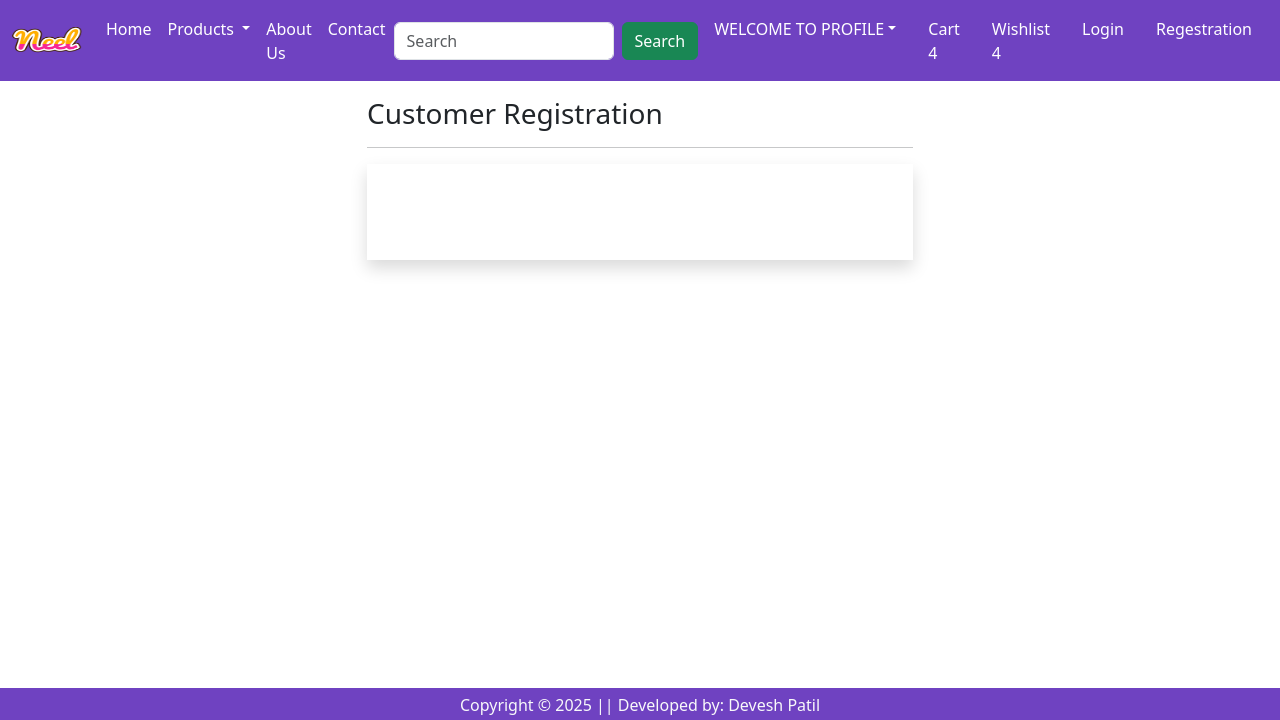
Repository: DeveshPatill/mydjango
Page: http://localhost/registration/
These files come from the project's save history. The page is drawn as it stood at one moment and after the next save; the edit follows.
The browser window is 1280 px wide. The pictures show the whole page.
The page is served by the project's application, run on Django 5.2 (ec/manage.py). Other server files are loaded and not shown.

Above is the page before, as saved 2025-03-23 22:42:59.

### ec/app/templates/app/customerregistration.html
{% extends 'app/base.html' %}
{% load static %}
{% block title %}Customer Registration{% endblock title %}



{% block main-content %}
<div class="container">
    <div class="row my-3">
        <div class="col-sm-6 offset-sm-3">
            <h3>Customer Registration</h3>
            <hr>
            <form action="" method="post" novalidate class="shadow p-5">{% csrf_token %}

            </form>
        </div>
    </div>
</div>

{% endblock main-content %}

### ec/app/templates/app/base.html
<!DOCTYPE html>
{% load static %}
<html lang="en">
<head>
    <meta charset="UTF-8">
    <meta http-equiv="X-UA-Compatible" content="IE=edge">
    <meta name="viewport" content="width=device-width, initial-scale=1.0">

    <link href="https://cdn.jsdelivr.net/npm/bootstrap@5.3.3/dist/css/bootstrap.min.css" rel="stylesheet" integrity="sha384-QWTKZyjpPEjISv5WaRU9OFeRpok6YctnYmDr5pNlyT2bRjXh0JMhjY6hW+ALEwIH" crossorigin="anonymous">

    <link rel="stylesheet" href="{% static 'app/css/owl.carousel.min.css' %}" />
    <link rel="stylesheet" href="{% static 'app/css/all.min.css' %}" />
    <link rel="stylesheet" href="{% static 'app/css/style.css' %}" />

    <title> Dairy Products | {% block title %} {% endblock title %} </title>
</head>
<body>
    <nav class="navbar navbar-expand-lg navbar-dark" style="background-color: #6f42c1;">
        <div class="container-fluid">
          <a class="navbar-brand" href="/">
            <img src="{% static 'app/images/product/Neel.png' %}" width="70px" height="55px" />
          </a>
          <button class="navbar-toggler" type="button" data-bs-toggle="collapse" data-bs-target="#navbarSupportedContent" aria-controls="navbarSupportedContent" aria-expanded="false" aria-label="Toggle navigation">
            <span class="navbar-toggler-icon"></span>
          </button>
          <div class="collapse navbar-collapse" id="navbarSupportedContent">
            <ul class="navbar-nav me-auto mb-2 mb-lg-0">
              <li class="nav-item">
                <a class="nav-link active" aria-current="page" href="/">Home</a>
              </li>
              <li class="nav-item dropdown">
                <a class="nav-link dropdown-toggle text-white" href="#" role="button" data-bs-toggle="dropdown" aria-expanded="false">
                  Products
                </a>
                <ul class="dropdown-menu">
                  <li><a class="dropdown-item" href="{% url 'category' 'ML' %}">Milk</a></li>
                  <li><a class="dropdown-item" href="{% url 'category' 'CR' %}">Curd</a></li>
                  <li><a class="dropdown-item" href="{% url 'category' 'MS' %}">MilkShake</a></li>
                  <li><a class="dropdown-item" href="{% url 'category' 'LS' %}">Lassi</a></li>
                  <li><a class="dropdown-item" href="{% url 'category' 'GH' %}">Ghee</a></li>
                  <li><a class="dropdown-item" href="{% url 'category' 'PN' %}">Paneer</a></li>
                  <li><a class="dropdown-item" href="{% url 'category' 'CZ' %}">Cheese</a></li>
                  <li><a class="dropdown-item" href="{% url 'category' 'IC' %}">Ice-Cream</a></li>

                </ul>
              </li>
              <li class="nav-item">
                <a class="nav-link text-white" href="{% url 'about'  %}">About Us</a>
              </li>
              <li class="nav-item">
                <a class="nav-link text-white" href="{% url 'contact'  %}">Contact</a>
              </li>

            </ul>
            <form class="d-flex" role="search">
              <input class="form-control me-2" type="search" placeholder="Search" aria-label="Search">
              <button class="btn btn-success" type="submit">Search</button>
            </form>
          </div>
          <ul class="navbar-nav me-auto mb-2 mb-lg-0">
            <li class="nav-item dropdown mx-2">
                <a class="nav-link dropdown-toggle text-white" href="#" id="profileDropdown" role="button" data-bs-toggle="dropdown" aria-expanded="false">WELCOME TO PROFILE</a>
                <ul class="dropdown-menu" aria-labelledby="profileDropdown">
                    <li><a class="dropdown-item" href="#">Profile</a></li>
                    <li><a class="dropdown-item" href="#">Orders</a></li>
                    <li><a class="dropdown-item" href="#">Change Password</a></li>
                    <li><a class="dropdown-item" href="#">Logout</a></li>
                </ul>
            </li>
            <li class="nav-item mx-2">
                <a href="#" class="nav-link text-white">Cart 4</a>
            </li>
            <li class="nav-item mx-2">
                <a href="#" class="nav-link text-white">Wishlist 4</a>
            </li>
            <li class="nav-item mx-2">
                <a href="#" class="nav-link text-white">Login</a>
            </li>
            <li class="nav-item mx-2">
                <a href="{% url 'customerregistration' %}" class="nav-link text-white">Regestration</a>
            </li>

          </ul>
        </div>
      </nav>
      {% block banner-slider %}{% endblock banner-slider %}

      {% block information %}{% endblock information %}

      {% block main-content %}{% endblock main-content %}

    <footer class="text-center text-light py-3 fixed-bottom" style="background-color: #6f42c1; height: 5px; line-height: 2px;">
        Copyright © 2025 || Developed by: Devesh Patil
    </footer>






    <script src="https://cdn.jsdelivr.net/npm/@popperjs/core@2.11.8/dist/umd/popper.min.js" integrity="sha384-I7E8VVD/ismYTF4hNIPjVp/Zjvgyol6VFvRkX/vR+Vc4jQkC+hVqc2pM8ODewa9r" crossorigin="anonymous"></script>
    <script src="https://cdn.jsdelivr.net/npm/bootstrap@5.3.3/dist/js/bootstrap.min.js" integrity="sha384-0pUGZvbkm6XF6gxjEnlmuGrJXVbNuzT9qBBavbLwCsOGabYfZo0T0to5eqruptLy" crossorigin="anonymous"></script>

    <script src=https://cdnjs.cloudflare.com/ajax/libs/jquery/3.7.1/jquery.min.js></script>


    <script script="{% static 'app/js/owl.carousel.min.js' %}"></script>
    <script script="{% static 'app/js/all.min.js' %}"></script>
    <script script="{% static 'app/js/myscript.js' %}"></script>

</body>
</html>

### ec/app/forms.py
from django import forms
from django.contrib.auth.forms import UserCreationForm


class CustomerRegistrationForm(UserCreationForm):
    username=forms.CharField(widget=forms.TextInput(attrs={'autofocus':True,'class':"form-control"}))
    email=forms.CharField(widget=forms.EmailInput(attrs={'class':'form-control'}))
    password1=forms.CharField(label='Password',widget=forms.PasswordInput(attrs={'class':'form-control'}))
    password2=forms.CharField(label='Confirm Password',widget=forms.PasswordInput(attrs={'class':'form-control'}))

### ec/app/views.py
from django.shortcuts import render
from django.http import HttpResponse
from django.views import View
from urllib import request
from . models import Product
from django.db.models import Count
from . forms import CustomerRegistrationForm

# Create your views here.
def home(request):
    return render(request,"app/home.html")

def about(request):
    return render(request,"app/about.html")

def contact(request):
    return render(request,"app/contact.html")


class CategoryView(View):
    def get(self,request,val):
        product = Product.objects.filter(category=val)
        title=Product.objects.filter(category=val).values('title')
        return render(request,"app/category.html",locals())

class CategoryTitle(View):
    def get(self,request,val):
        product = Product.objects.filter(title=val)
        title = Product.objects.filter(category=product[0].category).values('title')
        return render(request,"app/category.html",locals())


class ProductDetail(View):
    def get(self,request,pk):
        product = Product.objects.get(pk=pk)
        return render(request,"app/productdetail.html",locals())


class CustomerRegistrationView(View):
    def get(self,request):
        form = CustomerRegistrationForm()
        return render(request,'app/customerregistration.html',locals())

### ec/ec/urls.py
"""
URL configuration for ec project.

The `urlpatterns` list routes URLs to views. For more information please see:
    https://docs.djangoproject.com/en/5.1/topics/http/urls/
Examples:
Function views
    1. Add an import:  from my_app import views
    2. Add a URL to urlpatterns:  path('', views.home, name='home')
Class-based views
    1. Add an import:  from other_app.views import Home
    2. Add a URL to urlpatterns:  path('', Home.as_view(), name='home')
Including another URLconf
    1. Import the include() function: from django.urls import include, path
    2. Add a URL to urlpatterns:  path('blog/', include('blog.urls'))
"""

from django.contrib import admin
from django.urls import path,include

urlpatterns = [
    path("admin/", admin.site.urls),
    path("", include("app.urls")),

]

### ec/app/urls.py
from django.urls import path
from .import views
from django.conf import settings
from django.conf.urls.static import static

urlpatterns = [
    path("",views.home),
    path("about/",views.about,name="about"),
    path("contact/",views.contact,name="contact"),
    path("category/<slug:val>",views.CategoryView.as_view(),name="category"),
    path("category-title/<val>",views.CategoryTitle.as_view(),name='category-title'),
    path("product-detail/<int:pk>",views.ProductDetail.as_view(),name="product-detail"),

    #login authentication
    path('registration/',views.CustomerRegistrationView.as_view(),name='customerregistration')
]+static(settings.MEDIA_URL,document_root=settings.MEDIA_ROOT)

### ec/app/static/app/css/style.css
.owl-carousel .item{
 /* border: 1px solid black; */
 font-size: 24px;
 text-align: center;
 margin-top: 20px;
 transition: transform .5s ease;
}

 .owl-carousel .item:hover{
    /* border: 1px solid black; */
    transform : scale(1.1);
}

/* .owl-carousel img{
    transition: transform .5s ease;
  }
 .owl-carousel img:hover{

    transform : scale(1.25);
} */

.owl-next{
 float:right;
}
.owl-prev{
 float:left;
}
.owl-prev span{
 font-size: 24px;
 font-weight: bold;
}
.owl-next span{
 font-size: 24px;
 font-weight: bold;
}




.buttermilk{
    background-color:#fff;background-image:linear-gradient(#fff7ef, #fff);
    background-image:-webkit-linear-gradient(#fff7ef, #fff);
    background-image:-moz-linear-gradient(#fff7ef, #fff);
    background-image:-ms-linear-gradient(#fff7ef, #fff);
    background-image:-o-linear-gradient(#fff7ef, #fff);
    padding:50px 40px;
    border:1px solid #efe8e1;
    padding-bottom:20px;
}

.smbg{
    background-color:#fff;
    background-image:linear-gradient(rgba(110, 69, 143, 0.1), #fff);
    background-image:-webkit-linear-gradient(rgba(110, 69, 143, 0.1), #fff);
    background-image:-moz-linear-gradient(rgba(110, 69, 143, 0.1), #fff);
    background-image:-ms-linear-gradient(rgba(110, 69, 143, 0.1), #fff);
    background-image:-o-linear-gradient(rgba(110, 69, 143, 0.1), #fff);
}

.curdbgpro{
    background-color:#fff;
    background-image:linear-gradient(rgba(10, 77, 123, 0.1), #fff);
    background-image:-webkit-linear-gradient(rgba(10, 77, 123, 0.1), #fff);
    background-image:-moz-linear-gradient(rgba(10, 77, 123, 0.1), #fff);
    background-image:-ms-linear-gradient(rgba(10, 77, 123, 0.1), #fff);
    background-image:-o-linear-gradient(rgba(10, 77, 123, 0.1), #fff);
}

.goodnessseccont img{
    width:100%;
}

.mlkpro{
    color:#636362;
    font-size:22px;
    line-height:22px;
    margin-bottom:15px;
    width:43%;
    margin:0 auto;
    text-align:center;

}

.goodnesssec a{
    text-decoration: none;
}


/*
body {
    padding-bottom: 80px; /* Adjust this value based on footer height
}*/

Loaded but not shown: ec/app/static/app/css/owl.carousel.min.css (library); ec/app/static/app/css/all.min.css (library)

After the next save:
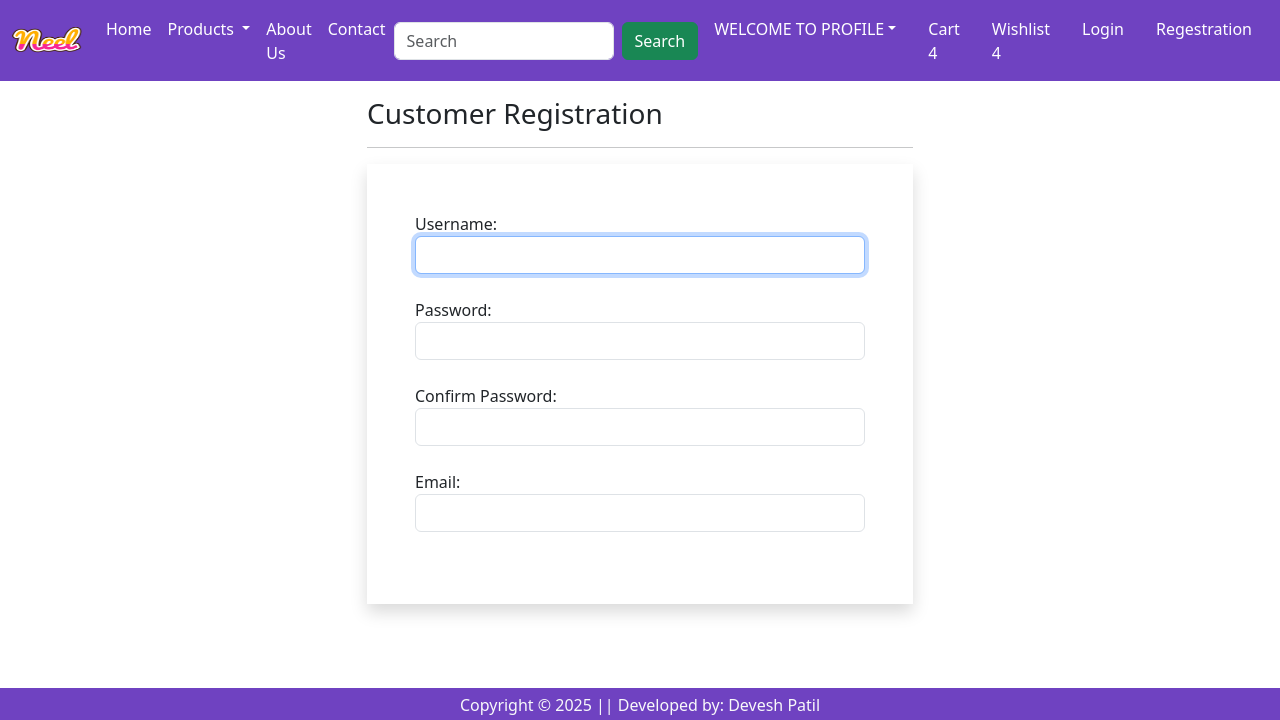
Saved 2 min 7 s later.
--- a/ec/app/templates/app/customerregistration.html
+++ b/ec/app/templates/app/customerregistration.html
@@ -11,6 +11,9 @@
             <h3>Customer Registration</h3>
             <hr>
             <form action="" method="post" novalidate class="shadow p-5">{% csrf_token %}
+               {% for fm in form %}
+               {{fm.label_tag}} {{fm}} <small class="text-danger">{{fm.erros | striptags}}</small><br>
+               {% endfor %}
 
             </form>
         </div>
